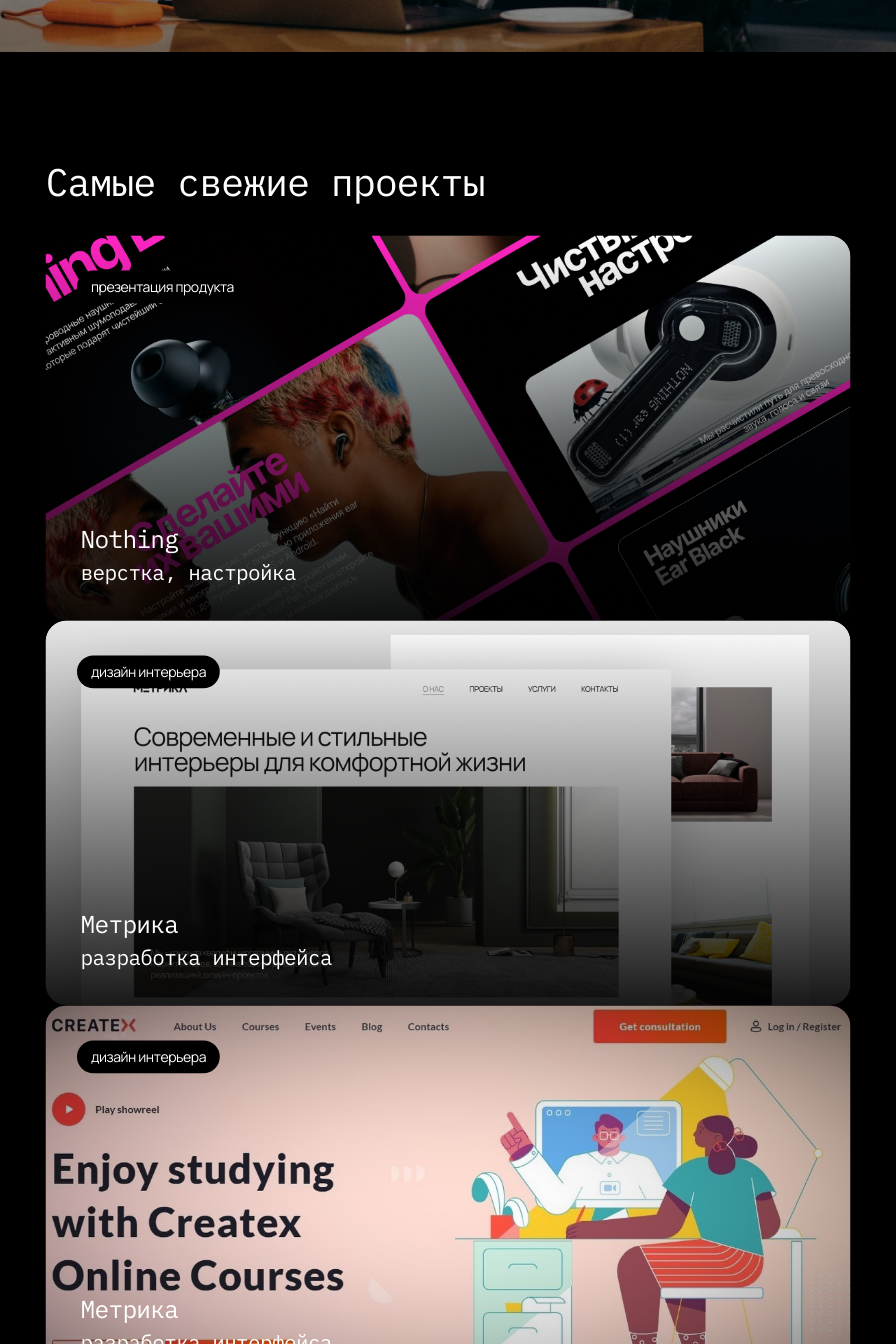
Repository: Huseynov98/portfolio-site
Page: index.html
These files come from the project's save history. The page is drawn as it stood at one moment and after the next save; the edit follows.
The browser window is 1280 px wide. The pictures show the part of the page from y = 645 to 2565 px (the page is 6927 px tall), at 70% of full size.
A picture or video elsewhere on the page could not be fetched, so the positions and the page height are approximate.

Above is the page before, as saved 2023-06-24 14:39:56.

After the next save:
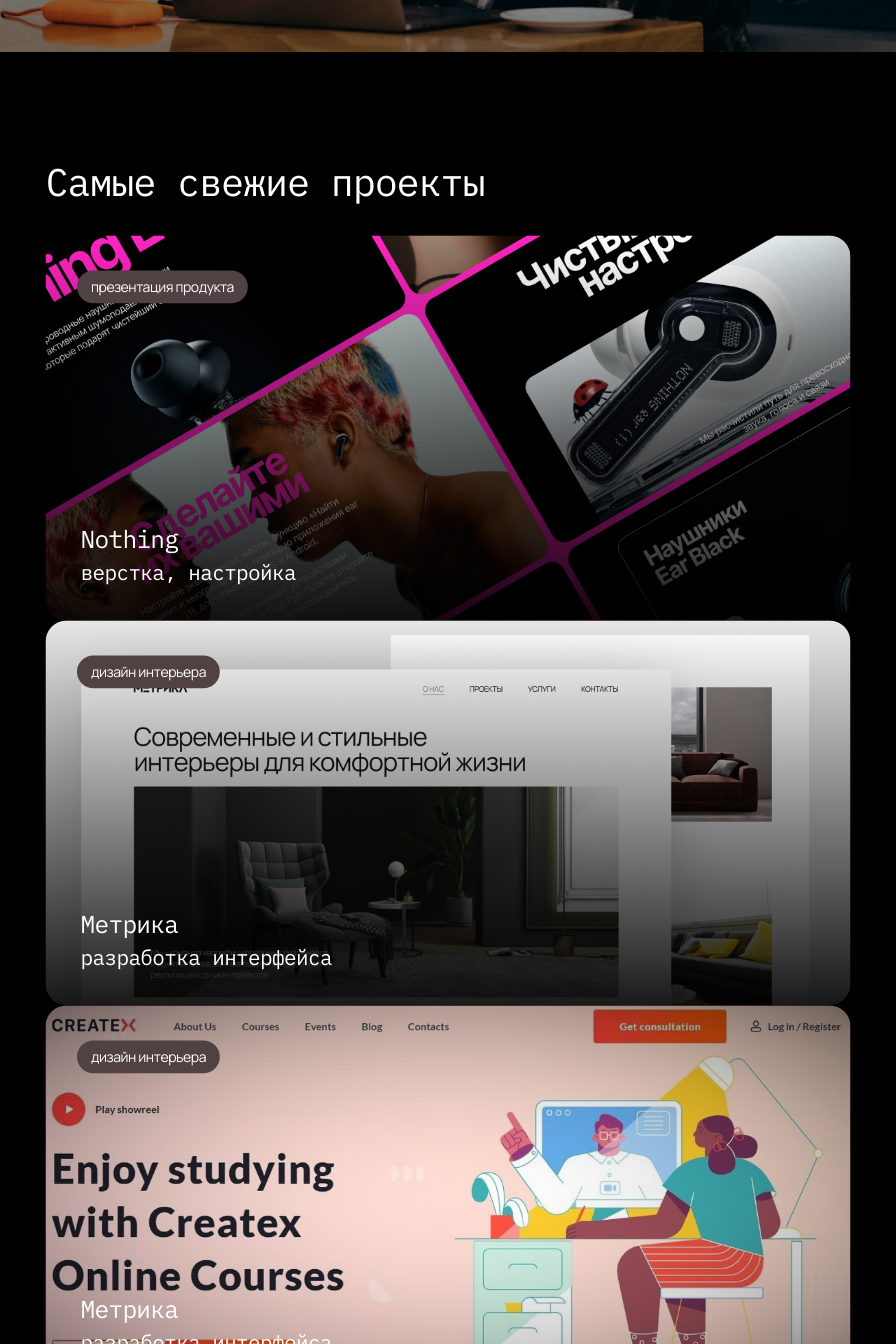
Saved 20 s later.
--- a/styles/portfolio.css
+++ b/styles/portfolio.css
@@ -67,7 +67,7 @@
   position: absolute;
   width: auto;
   height: auto;
-  background: #000;
+  background: #504242;
   border-radius: 100px;
   font-size: 20px;
   line-height: 27px;
